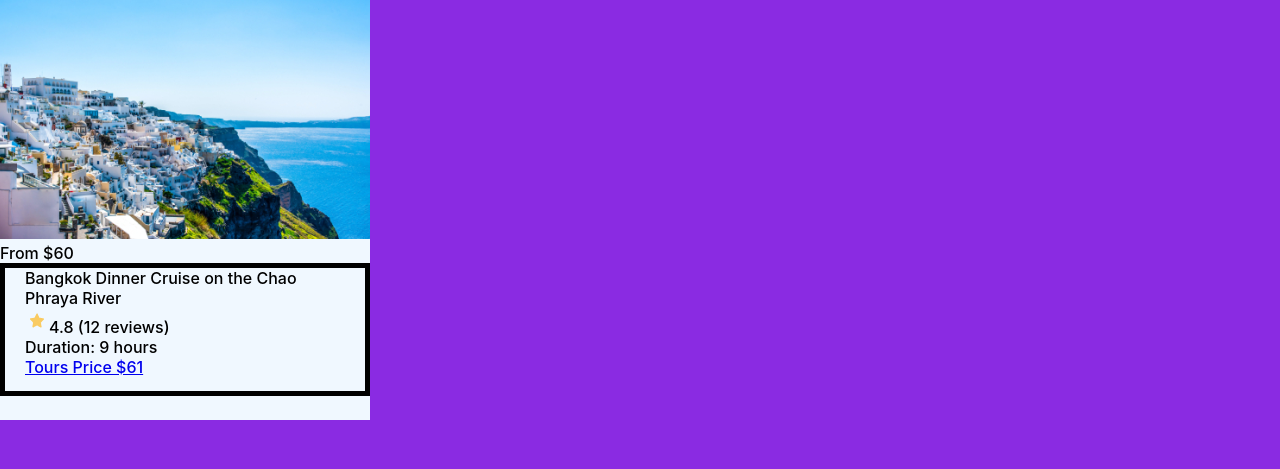
Repository: nguyentuankiet-k61/K_IT-demo
Page: index.html
An editor plug-in stored every save of this project. The page is shown before and after the next save, followed by the edit.
The browser window is 1280 px wide. The pictures show the whole page.
Some web fonts or font styles are not loaded; a fallback is used.

Above is the page before, as saved 2022-09-25 12:28:21.

After the next save:
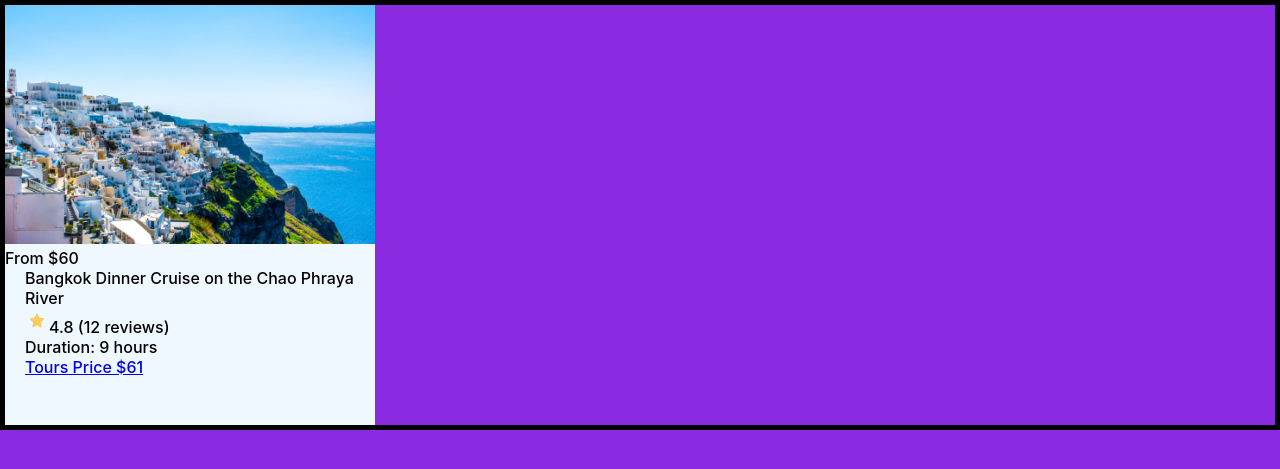
Saved 17 s later.
--- a/CSS/app.css
+++ b/CSS/app.css
@@ -7,6 +7,7 @@ body{
     font-family: 'Inter', sans-serif;
     font-weight: 500;
     background-color: blueviolet;
+    border: 5px solid black;
 }
 .Tours{
     width: 370px;
@@ -15,5 +16,5 @@ body{
 }
 .Tours_content{
     padding: 0px 20px 14px;
-    border: 5px solid black;
+
 }
